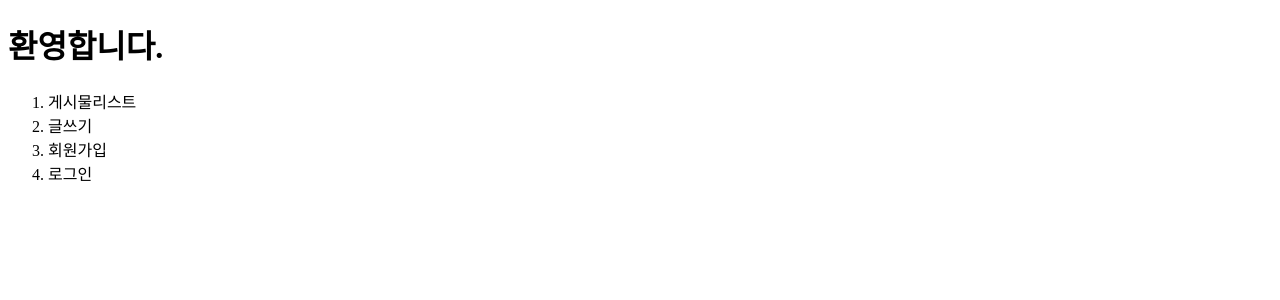
Repository: younseochoi/AI_PLATFORM
Page: my_code/03_web/html/src/main/webapp/boardstart.html
An editor plug-in stored every save of this project. The page is shown before and after the next save, followed by the edit.
The browser window is 1280 px wide. The pictures show the whole page.

Above is the page before, as saved 2022-07-22 07:33:11.

### my_code/03_web/html/src/main/webapp/boardstart.html
<!DOCTYPE html>
<html>
<head>
<meta charset="UTF-8">
<title>Insert title here</title>
</head>
<body>
<h1>환영합니다.</h1>
<ol>
	<li>게시물리스트</li>
	<li>글쓰기</li>
	<li>회원가입</li>
	<li>로그인</li>
</ol>
</body>
</html>

After the next save:
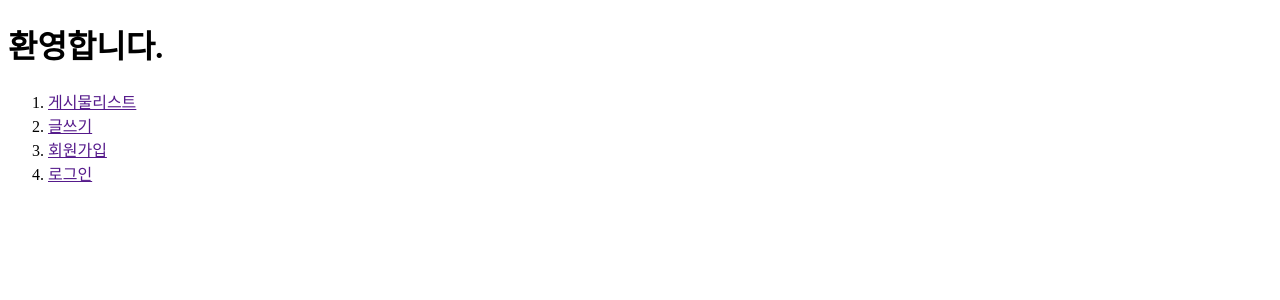
Saved 40 s later.
--- a/my_code/03_web/html/src/main/webapp/boardstart.html
+++ b/my_code/03_web/html/src/main/webapp/boardstart.html
@@ -7,10 +7,10 @@
 <body>
 <h1>환영합니다.</h1>
 <ol>
-	<li>게시물리스트</li>
-	<li>글쓰기</li>
-	<li>회원가입</li>
-	<li>로그인</li>
+	<li><a href = "">게시물리스트</a></li>
+	<li><a href = "">글쓰기</a></li>
+	<li><a href = "">회원가입</a></li>
+	<li><a href = "">로그인</a></li>
 </ol>
 </body>
 </html>
